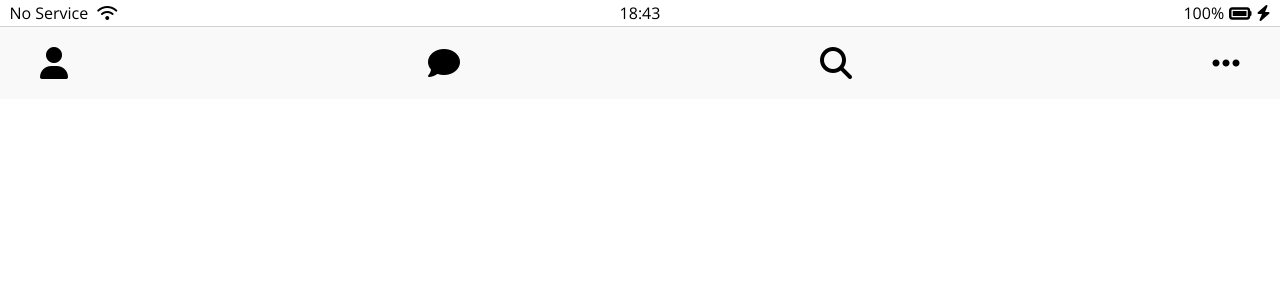
Repository: mocusura12/kokoa-clone-2020
Page: friends.html
These files come from the project's save history. The page is drawn as it stood at one moment and after the next save; the edit follows.
The browser window is 1280 px wide. The pictures show the whole page.
Some web libraries are served in a nearby version.

Above is the page before, as saved 2022-02-21 23:10:19.

### friends.html
<!DOCTYPE html>
<html lang="en">
  <head>
    <link rel="stylesheet" href="css/styles.css" />
    <meta charset="UTF-8" />
    <meta http-equiv="X-UA-Compatible" content="IE=edge" />
    <meta name="viewport" content="width=device-width, initial-scale=1.0" />
    <title>Friends - Kokoa Clone</title>
  </head>
  <body>
    <div class="status-bar">
      <div class="status-bar__column">
        <span>No Service</span>
        <i class="fas fa-wifi"></i>
      </div>
      <div class="status-bar__column">
        <span>18:43</span>
      </div>
      <div class="status-bar__column">
        <span>100%</span>
        <i class="fas fa-battery-full fa-lg"></i>
        <i class="fas fa-bolt"></i>
      </div>
    </div>

    <nav class="nav">
      <ul class="nav__list">
        <li class="nav__btn">
          <a class="nav__link" href="friends.html"
            ><i class="fas fa-user fa-2x"></i
          ></a>
        </li>
        <li class="nav__btn">
          <a class="nav__link" href="#"><i class="fas fa-comment fa-2x"></i></a>
        </li>
        <li class="nav__btn">
          <a class="nav__link" href="#"><i class="fas fa-search fa-2x"></i></a>
        </li>
        <li class="nav__btn">
          <a class="nav__link" href="#"
            ><i class="fas fa-ellipsis-h fa-2x"></i
          ></a>
        </li>
      </ul>
    </nav>

    <script
      src="https://kit.fontawesome.com/6478f529f2.js"
      crossorigin="anonymous"
    ></script>
  </body>
</html>

### css/styles.css
@import url("https://fonts.googleapis.com/css2?family=Open+Sans:wght@400;600&display=swap");
@import "reset.css";
@import "variables.css";
/*Components*/
@import "components/status-bar.css";
@import "components/nav-bar.css";
/*Screens*/
@import "screens/login.css";

body {
  font-family: "Open Sans", sans-serif;
}

### css/components/nav-bar.css
.nav {
  background-color: #f9f9fa;
  padding: 20px 40px;
  border-top: 1px solid rgba(121, 121, 121, 0.3);
}

.nav__list {
  display: flex;
  justify-content: space-between;
}

### css/screens/login.css
.welcome-header {
  margin: 90px 0px;
  text-align: center;
  display: flex;
  flex-direction: column;
  align-items: center;
  font-weight: 600;
}

.welcome-header__title {
  margin-bottom: 30px;
  font-size: 25px;
}

.welcome-header__text {
  width: 60%;
  opacity: 0.7;
}

#login-form {
  display: flex;
  flex-direction: column;
  margin: 0px 30px;
}

#login-form input {
  border: none;
  padding: 15px 0px;
  font-size: 18px;
  margin-bottom: 25px;
}

#login-form input:not([type="submit"]) {
  border-bottom: 1px solid rgba(0, 0, 0, 0.2);
  transition: border-color 0.3s ease-in-out;
}

#login-form input::placeholder {
  color: rgba(0, 0, 0, 0.4);
}

#login-form input:focus {
  border-color: var(--yellow);
}

#login-form input[type="submit"] {
  background-color: var(--yellow);
  cursor: pointer;
  padding: 20px 0px;
  border-radius: 5px;
}

#login-form a {
  text-align: center;
  text-decoration: none;
  color: inherit;
  font-size: 13px;
}

Loaded but not shown: css/reset.css (common file); css/variables.css (common file); css/components/status-bar.css (common file)

After the next save:
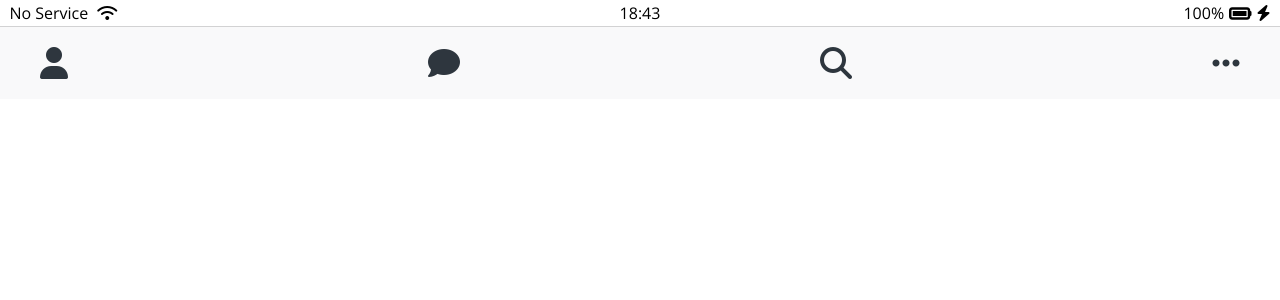
Saved 54 s later.
--- a/css/components/nav-bar.css
+++ b/css/components/nav-bar.css
@@ -8,3 +8,7 @@
   display: flex;
   justify-content: space-between;
 }
+
+.nav__link {
+  color: #2e363e;
+}
